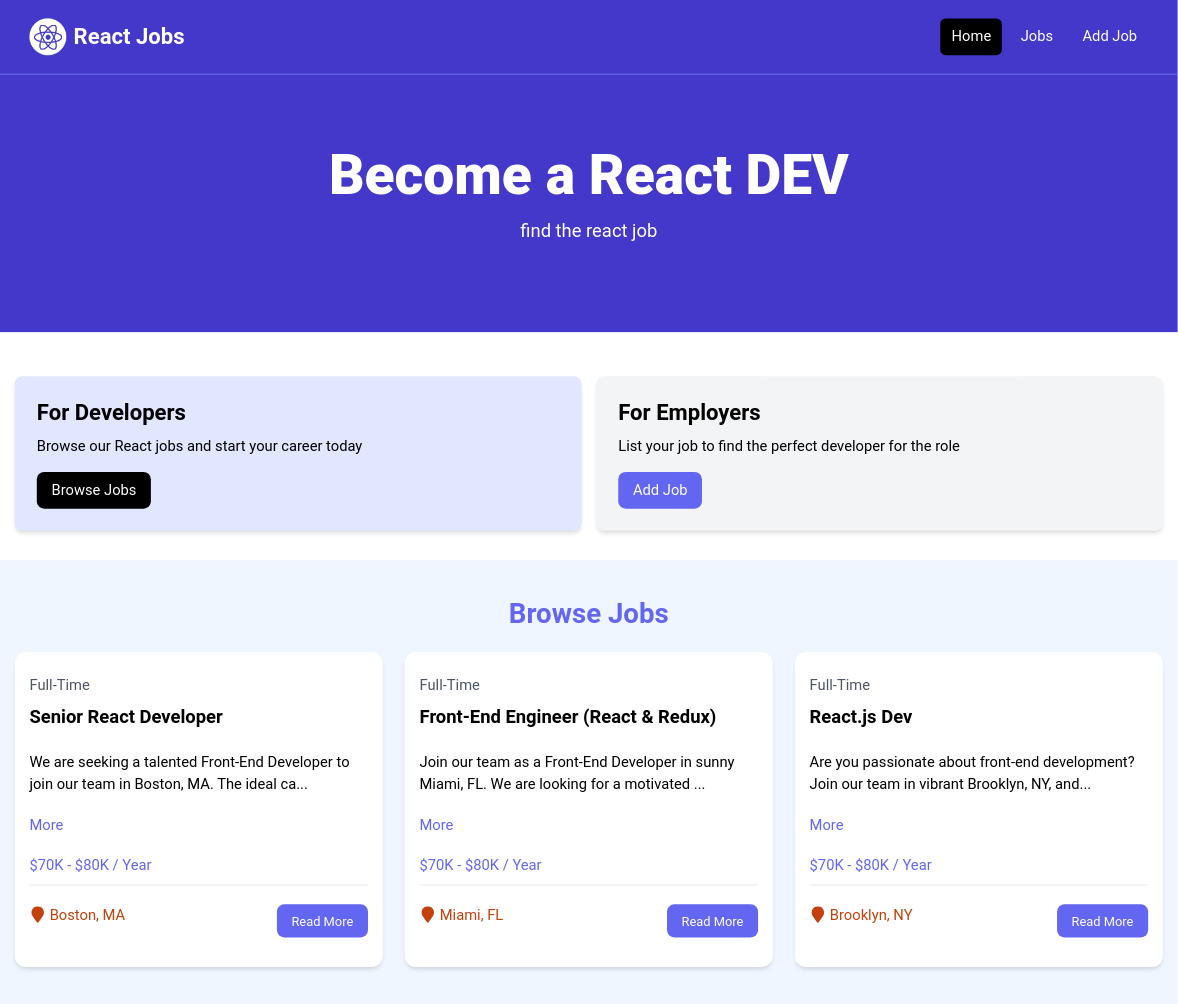
Repository: Geohot-2020/React_setup
Page: / (app in react-crash-2024/)
The author's editor kept a copy of each file at every save. The page is drawn from the files as they stood at one save, then again after a run of saves.
The browser window is 1280 px wide. The pictures show the whole page, at 92% of full size.
The project was rebuilt for these pictures with package versions that can differ from the ones it lists, and the page was loaded fresh each time. Also part of the build but not shown: react-crash-2024/vite.config.js, react-crash-2024/src/components/ViewAllJobs.jsx, react-crash-2024/src/pages/JobsPage.jsx.

Above is the page before, as saved 2024-11-13 17:08:07.

After the next 2 saves:
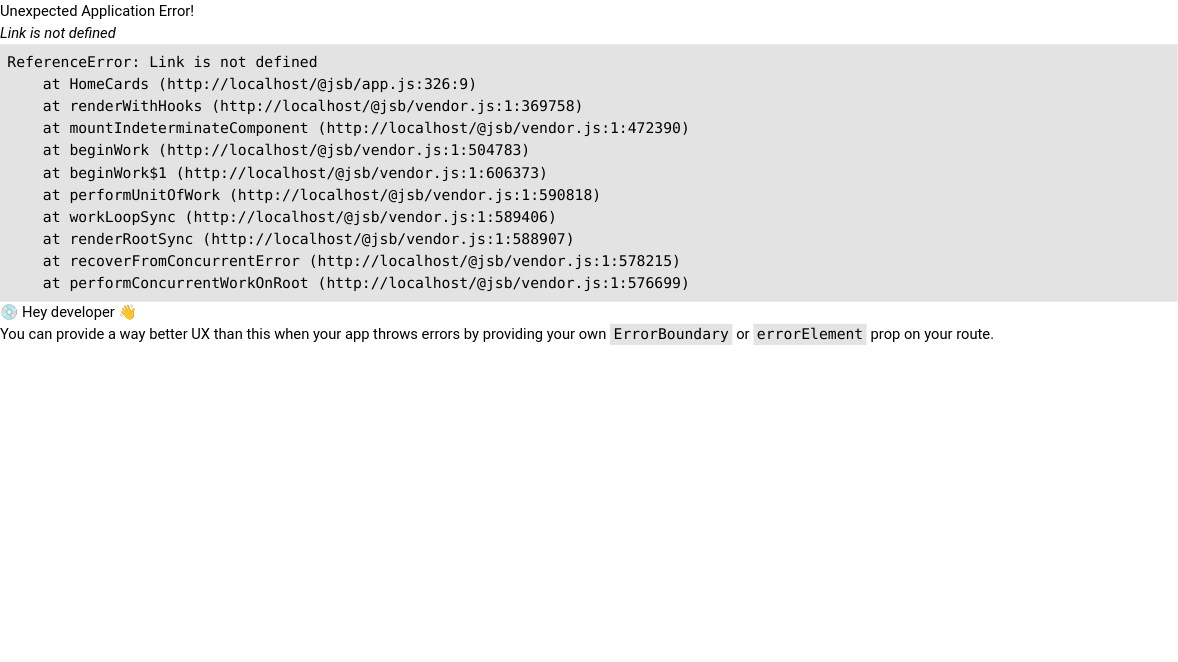
Console error: ReferenceError: Link is not defined
The 2 saves are shown as one change because they came seconds apart.
The last was saved 59 s later.
--- a/react-crash-2024/src/components/HomeCards.jsx
+++ b/react-crash-2024/src/components/HomeCards.jsx
@@ -11,12 +11,12 @@ const HomeCards = () => {
                         <p className="mt-2 mb-4">
                             Browse our React jobs and start your career today
                         </p>
-                        <a
+                        <Link
                             href="/jobs.html"
                             className="inline-block bg-black text-white rounded-lg px-4 py-2 hover:bg-gray-700"
                         >
                             Browse Jobs
-                        </a>
+                        </Link>
                     </Card>
                     <Card>
                         <h2 className="text-2xl font-bold">For Employers</h2>

After the 3 saves that followed:
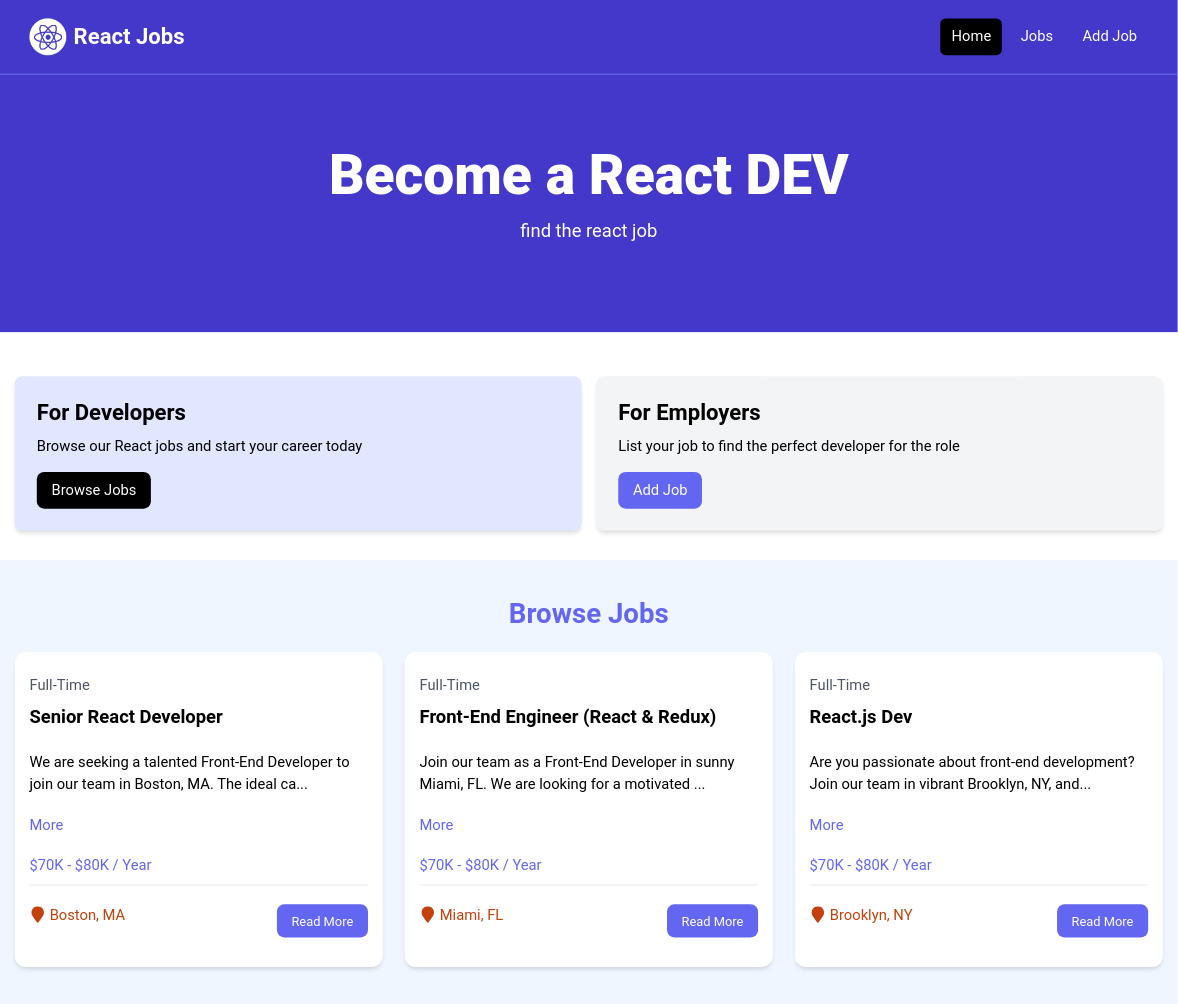
The error is gone.
The 3 saves are shown as one change because they came seconds apart.
The last was saved 13 s later.
--- a/react-crash-2024/src/components/HomeCards.jsx
+++ b/react-crash-2024/src/components/HomeCards.jsx
@@ -1,6 +1,6 @@
 import React from 'react'
 import Card from './Card'
-
+import { Link } from 'react-router-dom'
 const HomeCards = () => {
     return (
         <section className="py-4">
